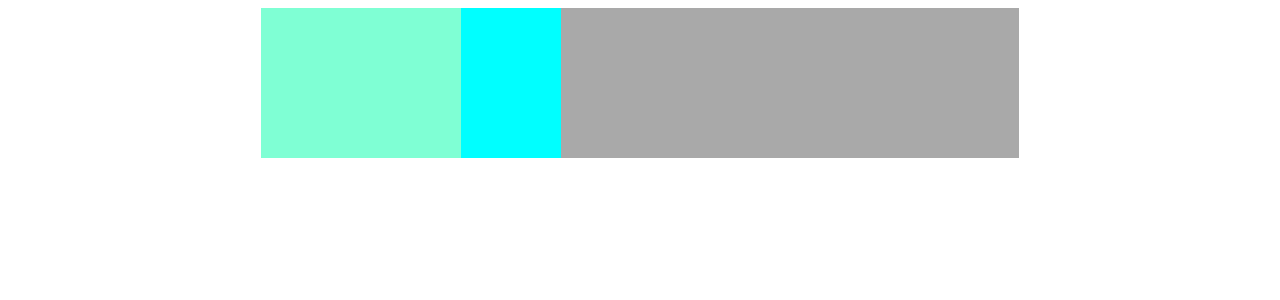
Repository: liutian97/learn1
Page: 移动端web开发/代码/2. Flex 伸缩布局/09-flex子项flex份数.html
These files come from the project's save history. The page is drawn as it stood at one moment and after a run of saves; the edit follows.
The browser window is 1280 px wide. The pictures show the whole page.

Above is the page before, as saved 2022-07-02 17:52:10.

### 移动端web开发/代码/2. Flex 伸缩布局/09-flex子项flex份数.html
<!DOCTYPE html>
<html lang="en">

<head>
  <meta charset="UTF-8">
  <meta http-equiv="X-UA-Compatible" content="IE=edge">
  <meta name="viewport" content="width=device-width, initial-scale=1.0">
  <title>Document</title>
  <style>
    section {
      display: flex;
      width: 60%;
      height: 150px;
      background-color: darkgrey;
      margin: 0 auto;
    }

    section div:nth-child(1) {
      width: 100px;
      height: 150px;
      background-color: aquamarine;
    }

    section div:nth-child(2) {
      width: 100px;
      height: 150px;
      background-color: aquamarine;
    }

    section div:nth-child(3) {
      width: 100px;
      height: 150px;
      background-color: aqua;
    }
  </style>
</head>

<body>
  <section>
    <div></div>
    <div></div>
    <div></div>
  </section>
</body>

</html>


<!-- <!DOCTYPE html>
<html lang="en">

<head>
    <meta charset="UTF-8">
    <meta name="viewport" content="width=device-width, initial-scale=1.0">
    <meta http-equiv="X-UA-Compatible" content="ie=edge">
    <title>Document</title>
    <style>
        section {
            display: flex;
            width: 60%;
            height: 150px;
            background-color: pink;
            margin: 0 auto;
        }

        section div:nth-child(1) {
            width: 100px;
            height: 150px;
            background-color: red;
        }

        section div:nth-child(2) {
            flex: 1;
            background-color: green;
        }

        section div:nth-child(3) {
            width: 100px;
            height: 150px;
            background-color: blue;
        }

        p {
            display: flex;
            width: 60%;
            height: 150px;
            background-color: pink;
            margin: 100px auto;
        }

        p span {
            flex: 1;
        }

        p span:nth-child(2) {
            flex: 2;
            background-color: purple;
        }
    </style>
</head>

<body>
    <section>
        <div></div>
        <div></div>
        <div></div>
    </section>
    <p>
        <span>1</span>
        <span>2</span>
        <span>3</span>
    </p>
</body>

</html> -->

After the next 3 saves:
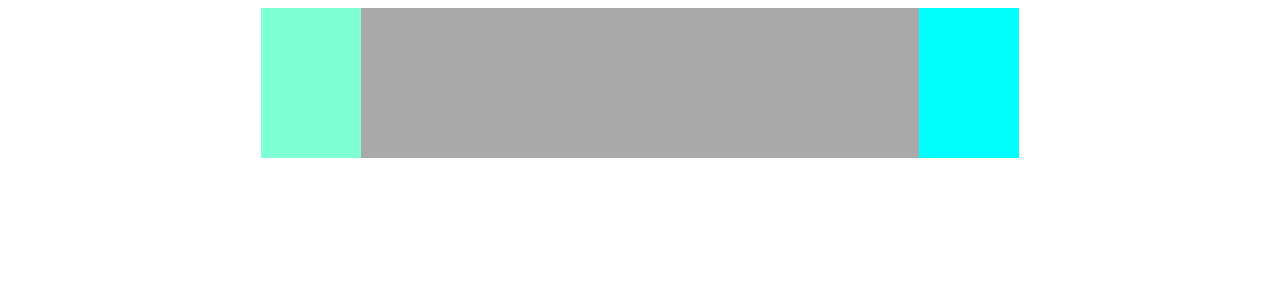
The 3 saves are shown as one change because they came seconds apart.
The last was saved 7 s later.
--- a/移动端web开发/代码/2. Flex 伸缩布局/09-flex子项flex份数.html
+++ b/移动端web开发/代码/2. Flex 伸缩布局/09-flex子项flex份数.html
@@ -22,9 +22,7 @@
     }
 
     section div:nth-child(2) {
-      width: 100px;
-      height: 150px;
-      background-color: aquamarine;
+      flex: 1
     }
 
     section div:nth-child(3) {
